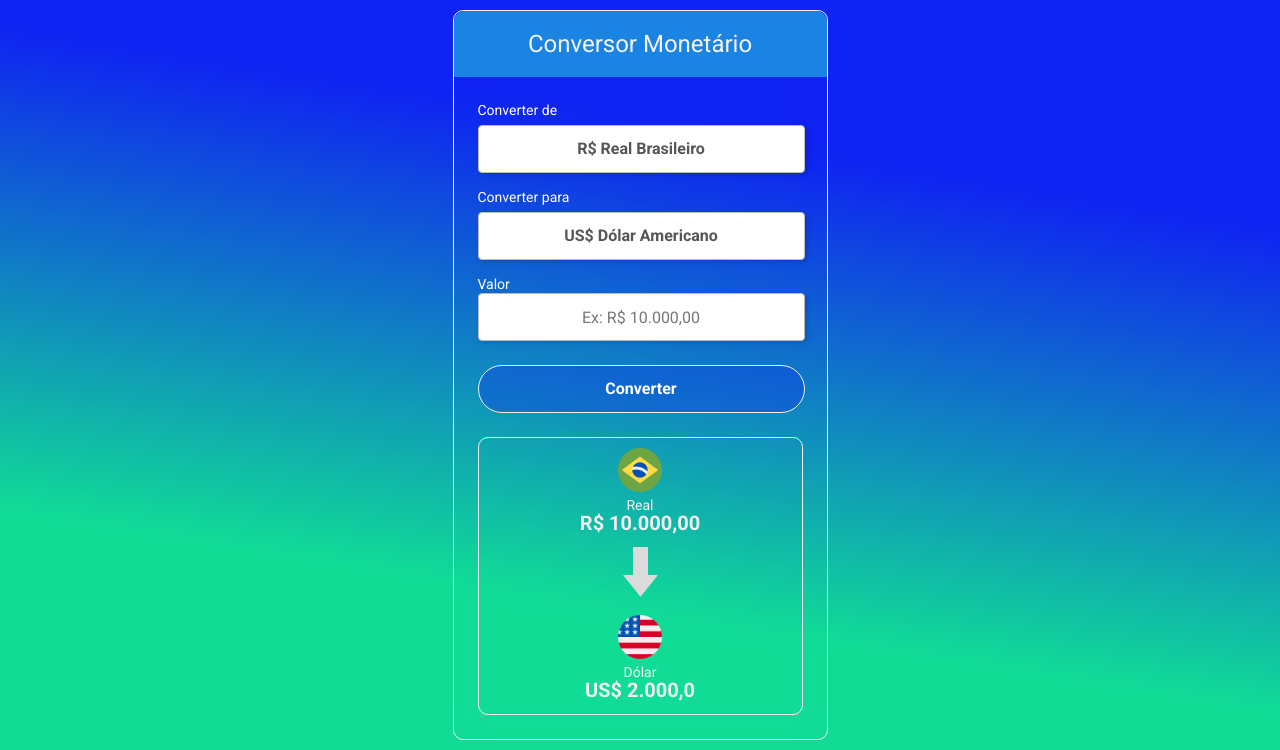
Repository: isayrous/coin-converter
Page: index.html
These files come from the project's save history. The page is drawn as it stood at one moment and after the next save; the edit follows.
The browser window is 1280 px wide. The pictures show the whole page.

Above is the page before, as saved 2022-11-03 00:05:55.

### index.html
<!DOCTYPE html>
<html lang="pt-br">
<head>
    <meta charset="UTF-8">
    <meta http-equiv="X-UA-Compatible" content="IE=edge">
    <meta name="viewport" content="width=device-width, initial-scale=1.0">
    <link rel='stylesheet' href="./style.css">
    <link rel="preconnect" href="https://fonts.googleapis.com">
    <link rel="preconnect" href="https://fonts.gstatic.com" crossorigin>
    <link href="https://fonts.googleapis.com/css2?family=Roboto:wght@400;700&display=swap" rel="stylesheet">
    <title>Conversor Monetário</title>
</head>
<body>
    <div class="container">

        <header>
            <h1>Conversor Monetário</h1>
        </header>

        <main>
            <label>
                Converter <strong>de</strong>
                <select id="first-select">
                    <option>R$ Real Brasileiro</option>
                    <option>US$ Dólar Americano</option>
                    <option>Bitcoin</option>
                    <option>€ Euro</option>
                </select>
            </label>

            <label>
                Converter <strong>para</strong>
                <select id="seccond-select">
                    <option>US$ Dólar Americano</option>
                    <option>Bitcoin</option>
                    <option>€ Euro</option>
                    <option>R$ Real Brasileiro</option>
                </select>
            </label>

            <label>
                <b>Valor</b>
                <input id='values' type="number" placeholder="Ex: R$ 10.000,00">
            </label>

            <button id="button-converter" >Converter</button>

            <section>
                <div>
                    <img id="currency-img1" src="./assets/BRL.png">
                    <p id="first-currency">Real</p>
                    <p id="return-input1" class="value">R$ 10.000,00</p>
                </div>

                <img src="./assets/Vector.png"><br>

                <div>
                    <img id="currency-img2" src="./assets/USA.png">
                    <p id ="seccond-currency">Dólar</p>
                    <p id="return-input2" class="value">US$ 2.000,0</p>
                </div>

            </section>

        </main>

    </div>

</body>
<script src='./scripts.js'></script>
</html>

### style.css
* {
    padding: 0;
    margin: 0;
    box-sizing: border-box;
    font-family: 'Roboto', sans-serif;
    font-style: normal;
    font-weight: normal;
    line-height: 18px;
}

body{
    background: linear-gradient(189deg, rgba(15,35,242,1) 24%, rgba(17,220,150,1) 75%);
    width: 100%;
    height: 100%;
    display: flex;
    justify-content: center;
    padding: 10px;
}

.container {
    height: 100%;
    width: 375px;
    background: transparent;
    border: 1px solid #f0f0f0;
    backdrop-filter: blur(15px);
    border-radius: 10px;
}

header {
    background-color: #1b83e2;
    border-radius: 10px 10px 0 0;
    height: 66px;
    display: flex;
    justify-content: center;
    align-items: center;
}

h1 {
    font-size: 24px;
    color:#F4F4F4;
}

main {
    padding: 24px;
}

label{
    font-weight: 400;
    font-size: 14px;
    color: #fff;
    width: 375px;
}

select{
    width: 327px;
    height: 48px;
    background: #FFFFFF;
    border: 1px solid #BBBBBB;
    border-radius: 4px;
    font-weight: 700;
    font-size: 16px;
    color: #555555;
    text-align: center;
    display: block;
    cursor: pointer;
    outline: none;
    appearance: none;
    box-shadow: 2px 2px 5px 0px #00000026;
    margin-bottom: 15px;
    margin-top: 6px;
}

input{
    width: 327px;
    height: 48px;
    background: #FFFFFF;
    border: 1px solid #BBBBBB;
    border-radius: 4px;
    font-weight: 700;
    font-size: 16px;
    color: #555555;
    text-align: center;
    box-shadow: 2px 2px 5px 0px #00000026;
    outline: none;

}

input::-webkit-outer-spin-button,input::-webkit-inner-spin-button {
  -webkit-appearance: none;
  margin: 0;
}

button {
    background: rgba(15,35,242,0.3);
    border: 1px solid #f0f0f0;
    border-radius: 25px;
    height: 48px;
    width: 327px;
    font-weight: 700;
    font-size: 1rem;
    color: #fff;
    margin: 24px 0px 24px;
    cursor: pointer;
}

button:hover {
    opacity: 0.8;
}

button:active {
    opacity: 0.7;
}

section{
    border: 1px solid #f0f0f0;
    border-radius: 10px;
    padding-top: 10px;
    display: flex;
    flex-direction: column;
    align-items: center;
    text-align: center;
}

p {
    font-weight: 400;
    font-size: 14px;
    color: #f0f0f0;
}

.value {
    color: #f0f0f0;
    font-weight: 700;
    font-size: 20px;
    margin-bottom: 15px;
}

input::placeholder{color: #777777;
    font-weight: 100;}


@media screen and (max-width: 900px){
    .container {
        height: 100%;
        width: 100%;
    }

    header {
        height: 50px;
    }

    h1 {
        font-size: 20px;
    }

    main {
        padding: 4%;
    }

    label{
        font-size: 0.8rem;
    }

    select{
        font-size: 1rem;
        color: #555555;
        margin-bottom: 10px;
    }

    input{
        font-size: 1rem;
    }

    button {
        font-size: 1rem;
    }

    p {
        font-weight: 700;
        font-size: 0.8rem;
        color: #777777;
    }

    .value {
        font-size: 1rem;
    }
}

### scripts.js
const convert = document.getElementById("button-converter")
const select2 = document.getElementById("seccond-select")
const select1 = document.getElementById("first-select")
/* REAL, DOLAR, BITCOIN , EURO */
const real = [5.16, 5.08]
const dolar = [0.19 , 0.98]
const euro = [0.20 , 1.02]
const bitcoin = [98137.74 , 19010.10 , 19269.79]


const convertvalue = () => {
    const input = document.getElementById("values").value
    const returninput1 = document.getElementById("return-input1")
    const returninput2 = document.getElementById("return-input2")
    /* RETURNS DO INPUT 1 */

    if (select1.value === 'R$ Real Brasileiro') {
        returninput1.innerHTML = new Intl.NumberFormat('pt-BR', {
            style: 'currency', currency: 'BRL'
        }).format(input)

        if (select2.value === 'US$ Dólar Americano') {
            returninput2.innerHTML = new Intl.NumberFormat('en-US', {
                style: 'currency', currency: 'USD'
            }).format(input * dolar[0])
        }
        else if (select2.value === '€ Euro') {
            returninput2.innerHTML = new Intl.NumberFormat('de-DE', {
                style: 'currency', currency: 'EUR'
            }).format(input * euro[0])
        }
        else if (select2.value === 'Bitcoin'){
            returninput2.innerHTML = (input / bitcoin[0]).toFixed(2)
        }
        else if (select2.value === 'R$ Real Brasileiro') {
            returninput2.innerHTML = new Intl.NumberFormat('pt-BR', {
                style: 'currency', currency: 'BRL'
            }).format(input)
        }
    }


    else if (select1.value === 'US$ Dólar Americano') {
        returninput1.innerHTML = new Intl.NumberFormat('en-US', {
            style: 'currency', currency: 'USD'
        }).format(input)

        if (select2.value === 'US$ Dólar Americano') {
            returninput2.innerHTML = new Intl.NumberFormat('en-US', {
                style: 'currency', currency: 'USD'
            }).format(input)
        }
        else if (select2.value === '€ Euro') {
            returninput2.innerHTML = new Intl.NumberFormat('de-DE', {
                style: 'currency', currency: 'EUR'
            }).format(input * euro[1])
        }
        else if (select2.value === 'Bitcoin'){
            returninput2.innerHTML = (input / bitcoin[1]).toFixed(2)
        }
        else if (select2.value === 'R$ Real Brasileiro') {
            returninput2.innerHTML = new Intl.NumberFormat('pt-BR', {
                style: 'currency', currency: 'BRL'
            }).format(input * real[0])
        }

    }

    else if (select1.value === '€ Euro') {
        returninput1.innerHTML = new Intl.NumberFormat('de-DE', {
            style: 'currency', currency: 'EUR'
        }).format(input)

        if (select2.value === 'US$ Dólar Americano') {
            returninput2.innerHTML = new Intl.NumberFormat('en-US', {
                style: 'currency', currency: 'USD'
            }).format(input * dolar[1])
        }
        else if (select2.value === '€ Euro') {
            returninput2.innerHTML = new Intl.NumberFormat('de-DE', {
                style: 'currency', currency: 'EUR'
            }).format(input)
        }
        else if (select2.value === 'Bitcoin'){
            returninput2.innerHTML = (input / bitcoin[1]).toFixed(2)
        }
        else if (select2.value === 'R$ Real Brasileiro') {
            returninput2.innerHTML = new Intl.NumberFormat('pt-BR', {
                style: 'currency', currency: 'BRL'
            }).format(input * real[1])
        }
    }

    else if (select1.value === 'Bitcoin') {
        returninput1.innerHTML = (input)

        if (select2.value === 'US$ Dólar Americano') {
            returninput2.innerHTML = new Intl.NumberFormat('en-US', {
                style: 'currency', currency: 'USD'
            }).format(input * bitcoin[1])
        }
        else if (select2.value === '€ Euro') {
            returninput2.innerHTML = new Intl.NumberFormat('de-DE', {
                style: 'currency', currency: 'EUR'
            }).format(input * bitcoin[2])
        }
        else if (select2.value === 'Bitcoin'){
            returninput2.innerHTML = (input)
        }
        else if (select2.value === 'R$ Real Brasileiro') {
            returninput2.innerHTML = new Intl.NumberFormat('pt-BR', {
                style: 'currency', currency: 'BRL'
            }).format(input * bitcoin[0])
        }


    }

}

const change2 = () => {
    const currencyName2 = document.getElementById("seccond-currency")
    const currencyImg2 = document.getElementById("currency-img2")

    if (select2.value === '€ Euro') {
        currencyName2.innerHTML = '€ Euro'
        currencyImg2.src = "./assets/EURO.png"
    } else if (select2.value === 'Bitcoin') {
        currencyName2.innerHTML = 'Bitcoin'
        currencyImg2.src = "./assets/BITCOIN.png"
    } else if (select2.value === 'US$ Dólar Americano') {
        currencyName2.innerHTML = 'Dólar'
        currencyImg2.src = "./assets/USA.png"
    } else if (select2.value === 'R$ Real Brasileiro') {
        currencyName2.innerHTML = 'Real'
        currencyImg2.src = "./assets/BRL.png"
    }

    convertvalue()
}

const change1 = () => {
    const currencyName1 = document.getElementById("first-currency")
    const currencyImg1 = document.getElementById("currency-img1")

    if (select1.value === '€ Euro') {
        currencyName1.innerHTML = '€ Euro'
        currencyImg1.src = "./assets/EURO.png"
    } else if (select1.value === 'Bitcoin') {
        currencyName1.innerHTML = 'Bitcoin'
        currencyImg1.src = "./assets/BITCOIN.png"
    } else if (select1.value === 'US$ Dólar Americano') {
        currencyName1.innerHTML = 'Dólar'
        currencyImg1.src = "./assets/USA.png"
    } else if (select1.value === 'R$ Real Brasileiro') {
        currencyName1.innerHTML = 'Real'
        currencyImg1.src = "./assets/BRL.png"
    }
    convertvalue()

}

convert.addEventListener('click', convertvalue)
select1.addEventListener('change', change1)
select2.addEventListener('change', change2)

After the next save:
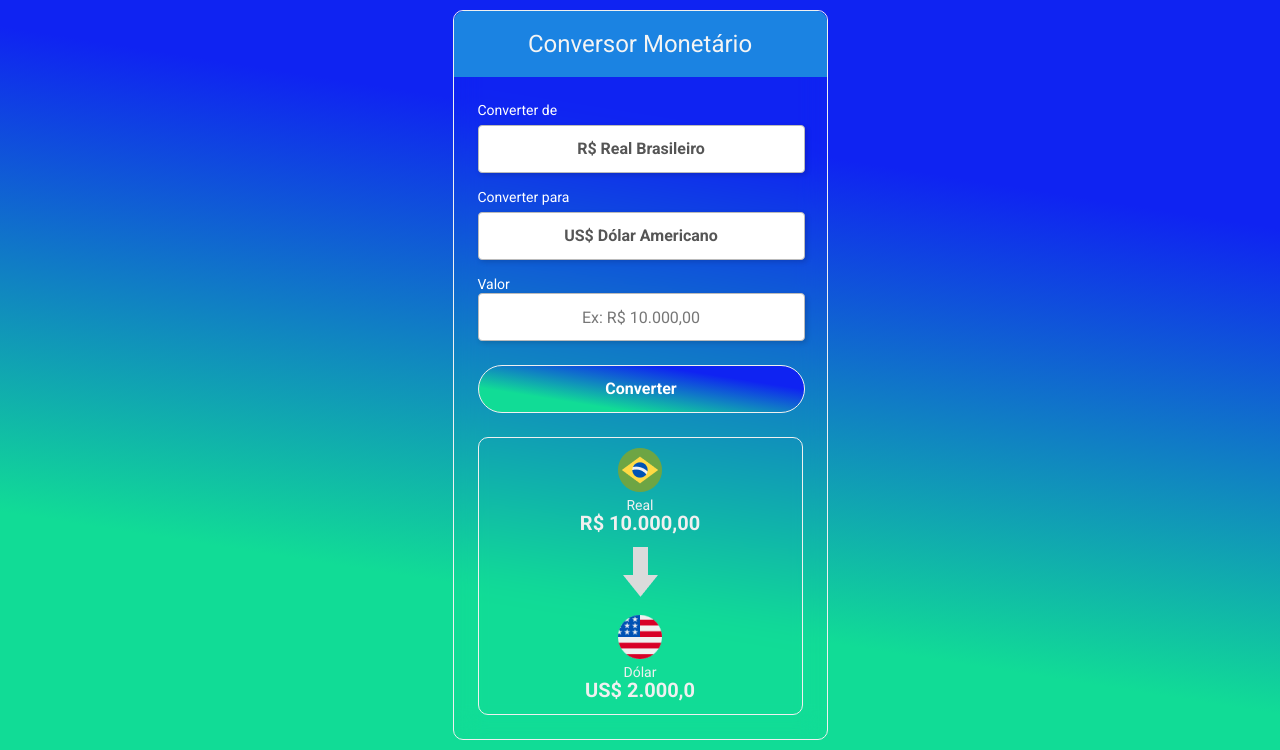
Saved 27 s later.
--- a/style.css
+++ b/style.css
@@ -91,7 +91,7 @@ input::-webkit-outer-spin-button,input::-webkit-inner-spin-button {
 }
 
 button {
-    background: rgba(15,35,242,0.3);
+    background: linear-gradient(189deg, rgba(15,35,242,1) 24%, rgba(17,220,150,1) 75%);
     border: 1px solid #f0f0f0;
     border-radius: 25px;
     height: 48px;
